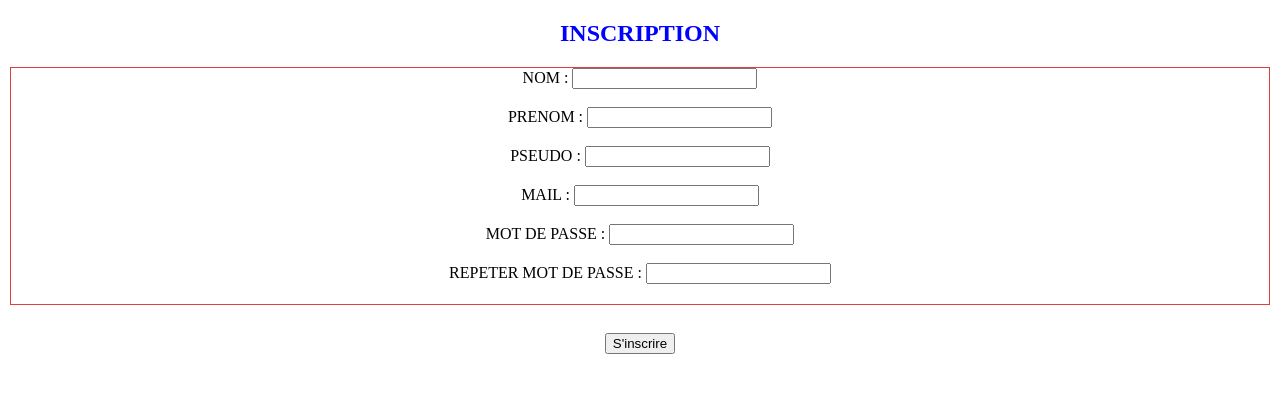
Repository: Aoua1414/JavaDeAoua
Page: http://localhost/MonServletJsp/Inscrire.jsp
These files come from the project's save history. The page is drawn as it stood at one moment and after the next save; the edit follows.
The browser window is 1280 px wide. The pictures show the whole page.
The page is served by Tomcat 9. Nobody is signed in. The application's start-up code is not run.

Above is the page before, as saved 2022-07-25 14:18:03.

After the next save:
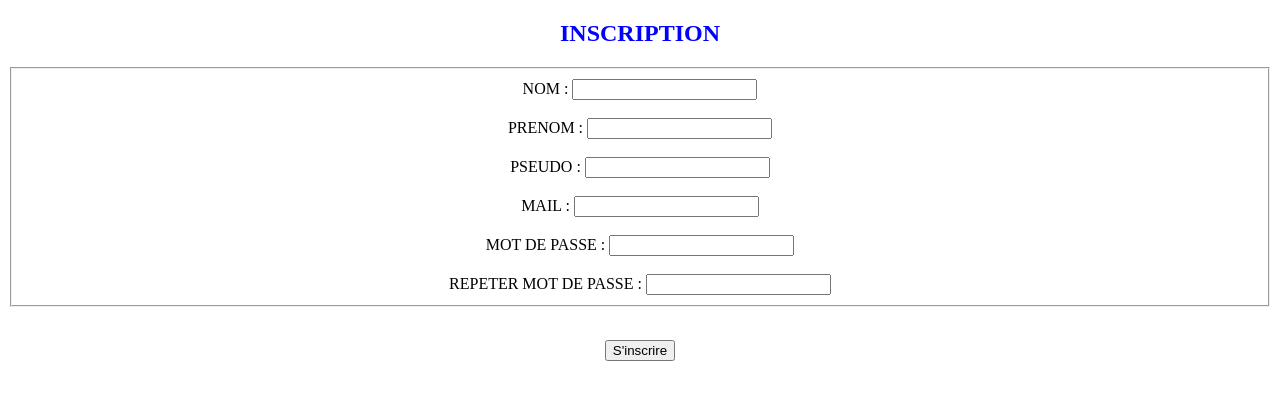
Saved 2 min 20 s later.
--- a/ODC/MonServletJsp/src/main/webapp/aoua.css
+++ b/ODC/MonServletJsp/src/main/webapp/aoua.css
@@ -8,7 +8,6 @@ body {
 	text-align : center;
 }
 fieldset {
- padding:0 20px 20px 20px;
- margin-bottom:10px;
- border:1px solid #DF3F3F;
+ margin-bottom: 15px;
+  padding: 10px;
  }
